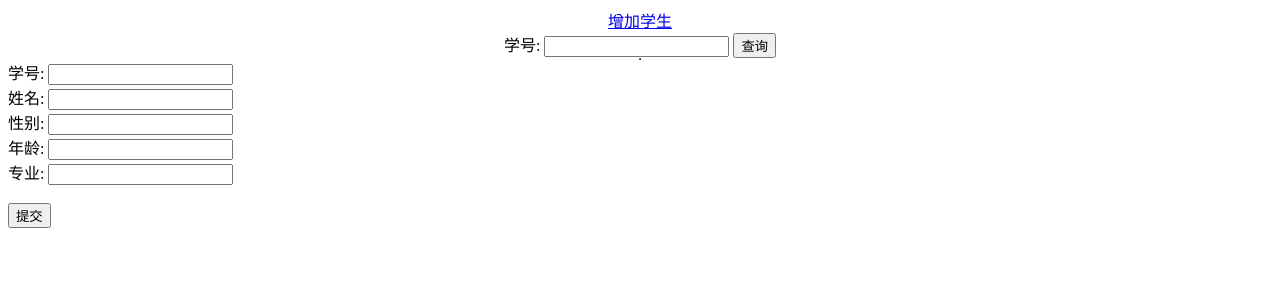
Repository: Aether/HIT-SE-project1-ATM
Page: http://localhost/hit/index.jsp
These files come from the project's save history. The page is drawn as it stood at one moment and after the next save; the edit follows.
The browser window is 1280 px wide. The pictures show the whole page.
The page is served by Tomcat 9. Other server files are loaded and not shown. Queries for data that is not in the repository find no rows.

Above is the page before, as saved 2018-04-01 07:07:25.

### JavaEE/hit/WebContent/index.jsp
<%@ page contentType="text/html; charset=gb2312" language="java" import="java.sql.*,com.hit.MySQLAccess" %>
<!DOCTYPE html PUBLIC "-//W3C//DTD XHTML 1.0 Transitional//EN" "http://www.w3.org/TR/xhtml1/DTD/xhtml1-transitional.dtd">
<html xmlns="http://www.w3.org/1999/xhtml">
<head>
<meta http-equiv="Content-Type" content="text/html; charset=gb2312" />
<title>主页</title>
</head>

<body>
<center><a href="add.html">增加学生</a>
<br/>
<form name="input" action="?" method="get" enctype="multipart/form-data">
学号: <input type="text" name="searchid"/>
<input type="submit" value="查询"/>
</form>
<%
	String searchid = request.getParameter("searchid");
	if (searchid != null) {
		MySQLAccess mySQL = new MySQLAccess();
		try {
			ResultSet rs = mySQL.executeQuery("select * from student where id="+searchid);
			rs.next();
			out.println(rs.getString(1)+"\t"+rs.getString(2)+"\t"+rs.getString(3)+"\t"+
					rs.getInt(4)+"\t"+rs.getString(5));
		}catch(Exception e){
			out.println("查询失败");
		}
		mySQL.close();
	}
%>
</center>
<table border="1" align="center">
<%
	MySQLAccess mySQL = new MySQLAccess();
	String id = null;
	String name = null;
	String sex = null;
	int age = 0;
	String major = null;
	ResultSet rs = mySQL.executeQuery("select * from student");
	while(rs.next())
	{
		id = rs.getString(1);
		name = rs.getString(2);
		sex = rs.getString(3);
		age = rs.getInt(4);
		major = rs.getString(5);
	%>
	  <tr>
	   <td style="display:none;" id="stuid"><%=id%></td>
	   <td><%=id%></td>
       <td><%=name%></td>
	   <td><%=sex%></td>
       <td><%=age%></td>
	   <td><%=major%></td>
	   <td><a href="modify.jsp">修改</a></td>
	   <td><a href="?" onclick="javascript:return del()">删除</a></td>
	  </tr>
	<%
	}
	mySQL.close();
%>
</table>
<form id="form_addstuinfo" name="form_addstuinfo" method="post" action="MyServlet">
<input type="hidden" name="input" value="add"/>
学号:
<input type="text" name="sdfid">
<br> 姓名:
<input type="text" name="name">
<br> 性别:
<input type="text" name="sex">
<br> 年龄:
<input type="text" name="age">
<br> 专业:
<input type="text" name="major">
<br><br>
<input type="submit" value="提交">
</form>

<script language="javascript">
function del() {
	 var msg = "确定要删除吗？";
	 if (confirm(msg)) {
		 //TODO:sdf
		 //mySQL.executeQuery("delete from student where id = "+id);
		var s = document.getElementById("stuid");
		return true;
	 }
	 else return false;
}
</script>
</body>
</html>

### JavaEE/hit/src/com/hit/MySQLAccess.java
package com.hit;
import java.sql.*;
public class MySQLAccess
{
	private Connection con;
	private Statement stmt;
	public MySQLAccess()
	{
		try
		{
			Class.forName("com.mysql.jdbc.Driver");
			con = DriverManager.getConnection("jdbc:mysql://127.0.0.1:3306/hit","root","379756572.");
			stmt = con.createStatement();
		}
		catch(Exception e)
		{
			e.printStackTrace();
		}
	}
	public ResultSet executeQuery(String sql)
	{
		try
		{
			return stmt.executeQuery(sql);
		}
		catch(Exception e)
		{
			e.printStackTrace();
			return null;
		}
	}
	public void executeUpdate(String sql)
	{
		try
		{
			stmt.executeUpdate(sql);
		}
		catch(Exception e)
		{
			e.printStackTrace();
		}
	}
	public void close()
	{
		try
		{
			con.close();
		}
		catch(Exception e)
		{
			e.printStackTrace();
		}
	}
}

After the next save:
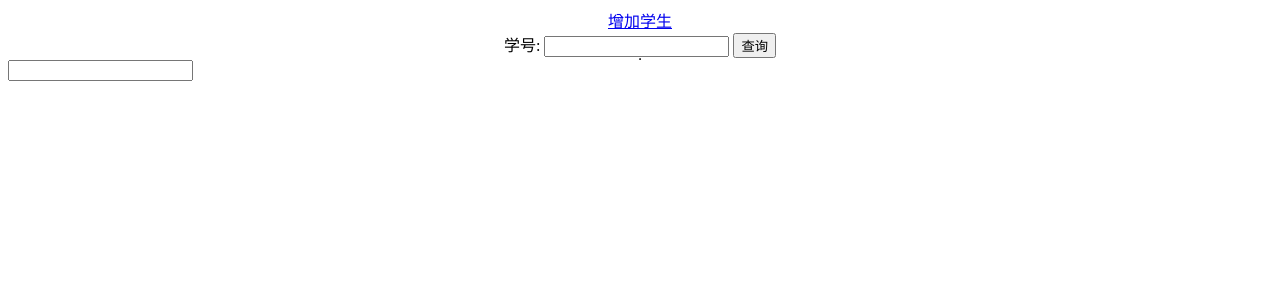
Saved 30 s later.
--- a/JavaEE/hit/WebContent/index.jsp
+++ b/JavaEE/hit/WebContent/index.jsp
@@ -63,18 +63,9 @@
 </table>
 <form id="form_addstuinfo" name="form_addstuinfo" method="post" action="MyServlet">
 <input type="hidden" name="input" value="add"/>
-学号:
-<input type="text" name="sdfid">
-<br> 姓名:
-<input type="text" name="name">
-<br> 性别:
-<input type="text" name="sex">
-<br> 年龄:
-<input type="text" name="age">
-<br> 专业:
-<input type="text" name="major">
-<br><br>
-<input type="submit" value="提交">
+
+<input type="text" name="sdfid"/>
+
 </form>
 
 <script language="javascript">
